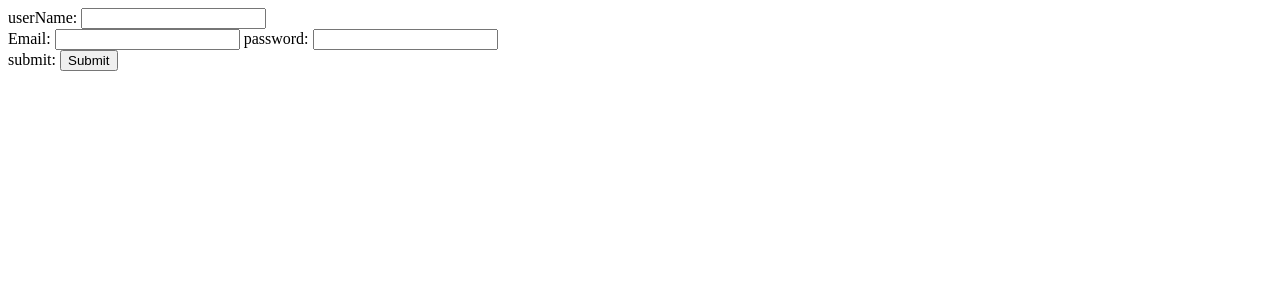
Repository: Ranjithamshivamatta/Java
Page: LoginRegister/WebContent/login.html
An editor plug-in stored every save of this project. The page is shown before and after the next save, followed by the edit.
The browser window is 1280 px wide. The pictures show the whole page.

Above is the page before, as saved 2019-04-25 05:27:11.

### LoginRegister/WebContent/login.html
<!DOCTYPE html>
<html>
<head>
<meta charset="ISO-8859-1">
<title>Welcome to login page</title>
</head>

<body>

<form action="fs" method="post">
	userName: <input type="text" name="userName" />
	<br>
	Email: <input type="email" name="Email" />
	password: <input
		type="password" name="Password" /> <br> submit: <input
		type="submit" value="Submit" />
</form>
</body>
</html>

After the next save:
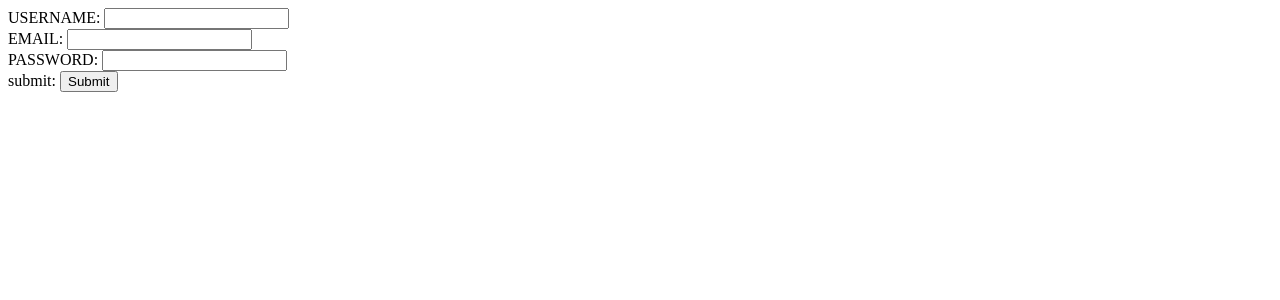
Saved 83 s later.
--- a/LoginRegister/WebContent/login.html
+++ b/LoginRegister/WebContent/login.html
@@ -7,13 +7,11 @@
 
 <body>
 
-<form action="fs" method="post">
-	userName: <input type="text" name="userName" />
-	<br>
-	Email: <input type="email" name="Email" />
-	password: <input
-		type="password" name="Password" /> <br> submit: <input
-		type="submit" value="Submit" />
+<form action="LoginRegister" method="post">
+	USERNAME: <input type="text" name="userName" /> <br>
+	EMAIL: <input type="email" name="Email" /><br>
+	PASSWORD: <input type="password" name="Password" /> <br>
+	 submit: <input type="submit" value="Submit" />
 </form>
 </body>
 </html>
